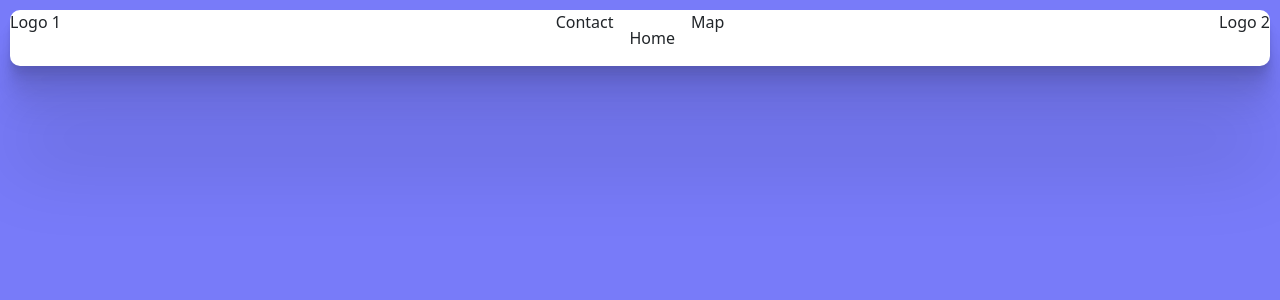
Repository: abhi-sharma27/courier
Page: index.html
The author's editor kept a copy of each file at every save. The page is drawn from the files as they stood at one save, then again after the next save.
The browser window is 1280 px wide. The pictures show the whole page.

Above is the page before, as saved 2021-03-20 15:25:30.

### index.html
<!DOCTYPE html>
<html>
  <head>
    <title>Courier Service Mukerian</title>
    <link href="https://cdn.jsdelivr.net/npm/bootstrap@5.0.0-beta2/dist/css/bootstrap.min.css" rel="stylesheet" integrity="sha384-BmbxuPwQa2lc/FVzBcNJ7UAyJxM6wuqIj61tLrc4wSX0szH/Ev+nYRRuWlolflfl" crossorigin="anonymous">

    <link href='style.css' rel="stylesheet">
  </head>
  <body>
    <div class="shadow-1 br-10 z light-bg">
      <nav class="d-flex justify-content-between">
        <div>Logo 1</div>
        <div class="d-flex">
          <p>Contact</p>
          <p class="m-3">Home</p>
          <p>Map</p>
        </div>
        <div>Logo 2</div>
      </nav>
    </div>
  </body>
</html>

### style.css
body {
  background-color: #787bf9;
  padding: 10px;
}

.shadow-1 {
  box-shadow:
  0 2.8px 2.2px rgba(0, 0, 0, 0.034),
  0 6.7px 5.3px rgba(0, 0, 0, 0.048),
  0 12.5px 10px rgba(0, 0, 0, 0.06),
  0 22.3px 17.9px rgba(0, 0, 0, 0.072),
  0 41.8px 33.4px rgba(0, 0, 0, 0.086),
  0 100px 80px rgba(0, 0, 0, 0.12);
}

.br-10 {
  border-radius: 10px;
}
.z {
  z-index: 2;
}

.light-bg {
  background-color: white;
}

After the next save:
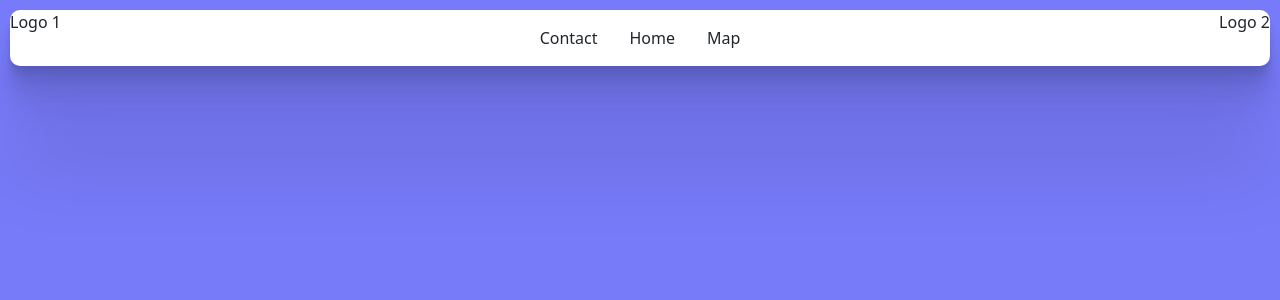
Saved 17 s later.
--- a/index.html
+++ b/index.html
@@ -11,9 +11,9 @@
       <nav class="d-flex justify-content-between">
         <div>Logo 1</div>
         <div class="d-flex">
-          <p>Contact</p>
+          <p class="m-3">Contact</p>
           <p class="m-3">Home</p>
-          <p>Map</p>
+          <p class="m-3">Map</p>
         </div>
         <div>Logo 2</div>
       </nav>
